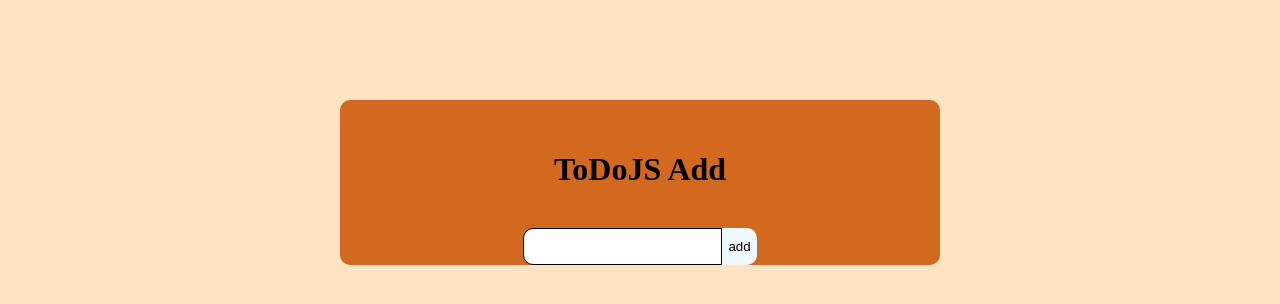
Repository: Savich01/todoTest
Page: index.html
The author's editor kept a copy of each file at every save. The page is drawn from the files as they stood at one save, then again after the next save.
The browser window is 1280 px wide. The pictures show the whole page.

Above is the page before, as saved 2024-05-03 12:52:09.

After the next save:
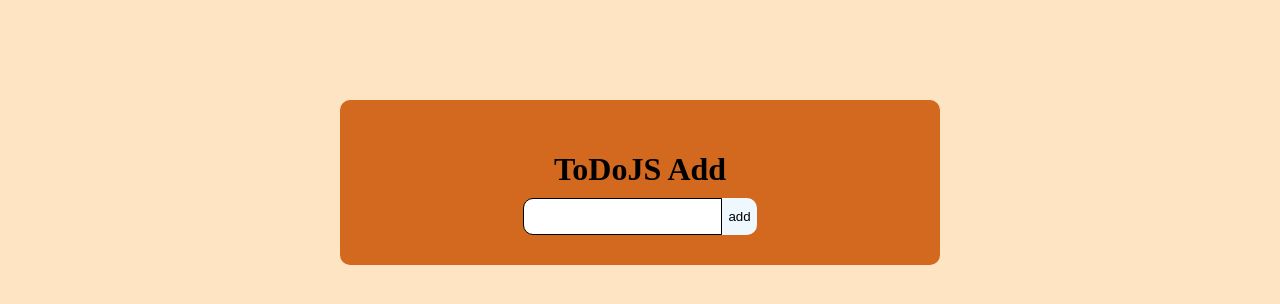
Saved 11 min 52 s later.
--- a/index.html
+++ b/index.html
@@ -11,11 +11,11 @@
         <div class="header-block">
             <div class="header-block__sub">
                 <h1 class="title">ToDoJS Add</h1>
+                <form class="personal" action="#">
+                    <input type="text" class="personal-input">
+                    <button class="personal-btn">add</button>
+                </form>
             </div>
-            <form class="personal" action="#">
-                <input type="text" class="personal-input">
-                <button class="personal-btn">add</button>
-            </form>
         </div>
     </header>
         <!-- <div class="block1">
